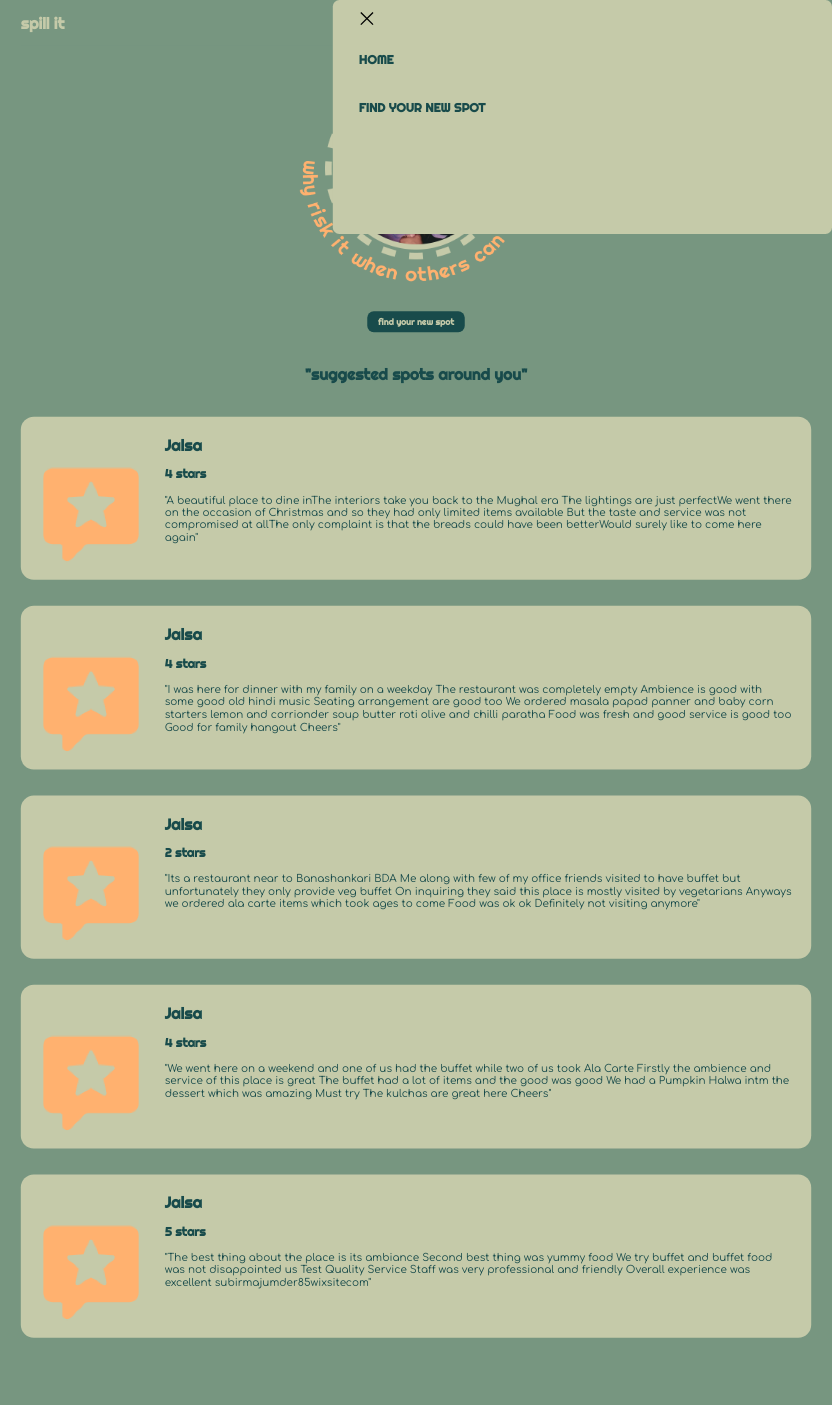
Repository: shaelorch/spillit
Page: /
These files come from the project's save history. The page is drawn as it stood at one moment and after the next save; the edit follows.
The browser window is 1280 px wide. The pictures show the whole page, at 65% of full size.
The project was rebuilt for these pictures with package versions that can differ from the ones it lists, and the page was loaded fresh each time. The framework's server and built-in components were replaced by stand-ins that run in the browser. Also part of the build but not shown: next.config.js.

Above is the page before, as saved 2023-02-20 15:24:29.

### pages/index.js
import Head from 'next/head'
import Image from 'next/image'
import HeroCont from '../components/HeroCont'
import styles from '../styles/Home.module.css'
import Button from '../components/Button'
import SubButton from '../components/SubButton'
import RevCard from '../components/reviewCard'
import Header from '../components/Header'
import TopBar from '../components/topBAr'
import PopMenu from '../components/popMenu'
import reviews from '../data/reviews.json'



export default function Home() {
  return (
    <div className={styles.container}>
      <Head>
        <title>Create Next App</title>
        <meta name="description" content="Generated by create next app" />
        <link rel="icon" href="/spill it.svg" />
        <link href="https://cdn.jsdelivr.net/npm/bootstrap@5.3.0-alpha1/dist/css/bootstrap.min.css" rel="stylesheet" integrity="sha384-GLhlTQ8iRABdZLl6O3oVMWSktQOp6b7In1Zl3/Jr59b6EGGoI1aFkw7cmDA6j6gD" crossorigin="anonymous"/>


      </Head>

     <TopBar/>
     <PopMenu/>


      <main className={styles.main}>
        <HeroCont/>
        <Button />
        <Header />

        <div >
        {
          reviews.slice(0,5).map( (rev, index) => {
           return (
              <RevCard
              key={index}
              name={rev.name}
              rating={`${rev.rating} stars`}
              review={`"${rev.review}"`}></RevCard>
            )
           })

        }
       </div>
        <SubButton bttntxt='see more...'/>
      </main>


    </div>
  )
}

### styles/globals.css

@import url('https://fonts.googleapis.com/css2?family=Righteous&display=swap');
@import url('https://fonts.googleapis.com/css2?family=Comfortaa&family=Righteous&display=swap');



html,
body {
  padding: 0;
  margin: 0;
  font-family: -apple-system, BlinkMacSystemFont, Segoe UI, Roboto, Oxygen,
    Ubuntu, Cantarell, Fira Sans, Droid Sans, Helvetica Neue, sans-serif;
}

a {
  color: inherit;
  text-decoration: none;
}

* {
  box-sizing: border-box;
}

@media (prefers-color-scheme: dark) {
  html {
    color-scheme: dark;
  }
  body {
    color: white;
    background: black;
  }
}

### components/HeroCont.js
import react from "react";
import { motion } from 'framer-motion';

export default function HeroCont() {



    return (<div style={{justifyContent:'center', display:'flex', paddingBottom:80}}>

        <img src="dotted.png" style={{display:'flex', position:'relative', width:280, height:280, marginTop:-15}}/>
        <img src="heropic.png" style={{display:'flex', width:250, height:250, position:'absolute' }}/>
        <img src="wordcircle.png" style={{width:440, height:410,position:'absolute', animation:'rotation 2s infinite linear' }}/>

    </div>
    )
}

### styles/Home.module.css
.container {
  padding: 0 2rem;
  background-color: #779680;
  width:100%;

}

.rotate {

  width:358;
  height:195;
  margin-top:-160;
  margin-Left:-40;
  animation:rotation 2s infinite linear;
}

.pag {
  list-style-type: none;
  border-left:1px solid #C5CAA9;
  color:#FFB16F;
  padding:5px;

}

.pag:active {
  list-style-type: none;
  border-left:1px solid #C5CAA9;
  color:black;
  padding:5px;

}

.pagbar {
  display: flex;
  flex-direction: row;
  flex-wrap: wrap;

}

.main {
  min-height: 100vh;
  padding: 4rem 0;
  flex: 1;
  width:100%;
  background-color: #779680;
  display: flex;
  flex-direction: column;
  justify-content: center;
  align-items: center;
  font-family: 'Comfortaa', 'cursive';
}

.footer {
  display: flex;
  flex: 1;
  padding: 2rem 0;
  border-top: 1px solid #eaeaea;
  justify-content: center;
  align-items: center;
}

.footer a {
  display: flex;
  justify-content: center;
  align-items: center;
  flex-grow: 1;
}

.title a {
  color: #0070f3;
  text-decoration: none;
}

.title a:hover,
.title a:focus,
.title a:active {
  text-decoration: underline;
}

.title {
  margin: 0;
  line-height: 1.15;
  font-size: 4rem;
}

.title,
.description {
  text-align: center;
}

.description {
  margin: 4rem 0;
  line-height: 1.5;
  font-size: 1.5rem;
}

.code {
  background: #fafafa;
  border-radius: 5px;
  padding: 0.75rem;
  font-size: 1.1rem;
  font-family: Menlo, Monaco, Lucida Console, Liberation Mono, DejaVu Sans Mono,
    Bitstream Vera Sans Mono, Courier New, monospace;
}

.grid {
  display: flex;
  align-items: center;
  justify-content: center;
  flex-wrap: wrap;
  max-width: 800px;
}

.card {
  margin: 1rem;
  padding: 1.5rem;
  text-align: left;
  color: inherit;
  text-decoration: none;
  border: 1px solid #eaeaea;
  border-radius: 10px;
  transition: color 0.15s ease, border-color 0.15s ease;
  max-width: 300px;
}

.card:hover,
.card:focus,
.card:active {
  color: #0070f3;
  border-color: #0070f3;
}

.card h2 {
  margin: 0 0 1rem 0;
  font-size: 1.5rem;
}

.card p {
  margin: 0;
  font-size: 1.25rem;
  line-height: 1.5;
}

.logo {
  height: 1em;
  margin-left: 0.5rem;
}

@media (max-width: 600px) {
  .grid {
    width: 100%;
    flex-direction: column;
  }
}

@media (max-width: 414px) {
  .main {
    width:100%;


  }
}

@media (prefers-color-scheme: dark) {
  .card,
  .footer {
    border-color: #222;
  }
  .code {
    background: #111;
  }
  .logo img {
    filter: invert(1);
  }
}

### components/Button.js

export default function Button({
    bttntxt="find your new spot",
    color="#C5CAA9"
}) {

    return(
        <button style={{display:'flex',
         backgroundColor:'#184B4B',
          borderRadius:10, width:150,
           justifyContent:'center'
           , padding:8, alignContent:'center',
            color:'#C5CAA9', fontWeight:'bold',
            border:'transparent', fontFamily: 'Righteous, cursive'}}>{bttntxt}</button>
    )
}

### components/SubButton.js
import React from "react"
import Link from "next/link";

export default function SubButton({
    bttntxt="find your spot",

    postsPerPage, totalPosts, paginate

}) {

    const pageNumbers = [];

    for(let i = 1; i<= Math.ceil(totalPosts / postsPerPage); i++) {
        pageNumbers.push(i);
    }


    return(<div>

        {pageNumbers.map(number => (


           <button key={number} onClick={() => paginate(number)}
             style={{display:'flex',
         backgroundColor:'#FFB16F',
          borderRadius:10, width:110,
           justifyContent:'center'
           , padding:8, alignContent:'center',
            color:'white', fontWeight:'bold',
            border:'transparent',
            fontFamily: 'Righteous, cursive'}}>{bttntxt}</button>

        ))}

       </div>


    )
}

### components/reviewCard.js



export default function RevCard({
    name="restaurnt",
    rating="4.0",
    review="lalalala"
}) {

    return (<div style={{justifyContent:'center',display:'flex', backgroundColor:'#C5CAA9',  borderRadius:20, marginBottom:40, paddingRight:20, paddingBottom:8}}>

        <div style={{display:'flex', flexDirection:'row', height:'100%', padding:10}}>
            <img  style={{display:'flex', width:'15%', height:"15%", marginTop:"4%", marginLeft:10}} src="Popular.png"/>
            <div style={{lineHeight:1.2,paddingLeft:25, color:'#184B4B'}}>
                <h2 style={{fontFamily:'righteous, cursive'}}>{name}</h2>
                <h3 style={{fontFamily:'righteous, cursive'}}>{rating}</h3>
                <p>{review}</p>
            </div>
        </div>



    </div>

    )
}

### components/Header.js





export default function Header() {

    return (
        <h2 style={{fontFamily:'righteous, cursive', margin:50, marginLeft:'20%', marginRight:'20%', textAlign:'center', color: '#184B4B'}}>"suggested spots around you"</h2>
    )
}

### components/topBAr.js
import Link from "next/link"
import { useState } from "react"
import { GrClose } from 'react-icons/gr'
import PopMenu from "./popMenu";

export default function TopBar() {

    const [open, setOpen] = useState(false);

   const onClick = () => {
    setOpen (current => !current)
   };

    return (
        <><div style={{ display: 'flex', flexDirection: 'row', justifyContent: 'space-between', alignItems: 'center', backgroundColor: '#779680' }}>
            <Link href='/'>
                <h2 style={{ color: '#C5CAA9', fontFamily: 'righteous, cursive' }}>spill it</h2>
            </Link>
            <img
                onClick={onClick} style={{ height: 50, width: 50 }} src="menu.png" />
            {open ? <PopMenu/> : null}

        </div></>

            )
        }

### components/popMenu.js
import { GrClose } from 'react-icons/gr';
import Link from 'next/link';
import { useState } from 'react';

export default function PopMenu() {

    const [close, setClose] = useState(true);

    const handleButtonClick = () => {
        setClose(current => !current);
    }


    return (
        <div style={{display: close ? 'flex' : 'none', position:'absolute',
    backgroundColor: '#C5CAA9',borderRadius:10, width: '60%', height:'50%', right:0, top:0, zIndex:1}}>
        <ul>
            <GrClose size="25" color="#184B4B"
            onClick={handleButtonClick}/>
            <div

            style={{lineHeight:3, color:"#184B4B",
             fontFamily:'righteous, cursive'}}>

                 <Link href={'/'}><h3>HOME</h3>
                 </Link>
                <Link href={"/findASpot"}><h3>FIND YOUR NEW SPOT</h3>
                </Link>
            </div>

        </ul>


    </div>







    )
}

Loaded but not shown: pages/_app.js (common file); data/reviews.json (10022 lines, source omitted)

After the next save:
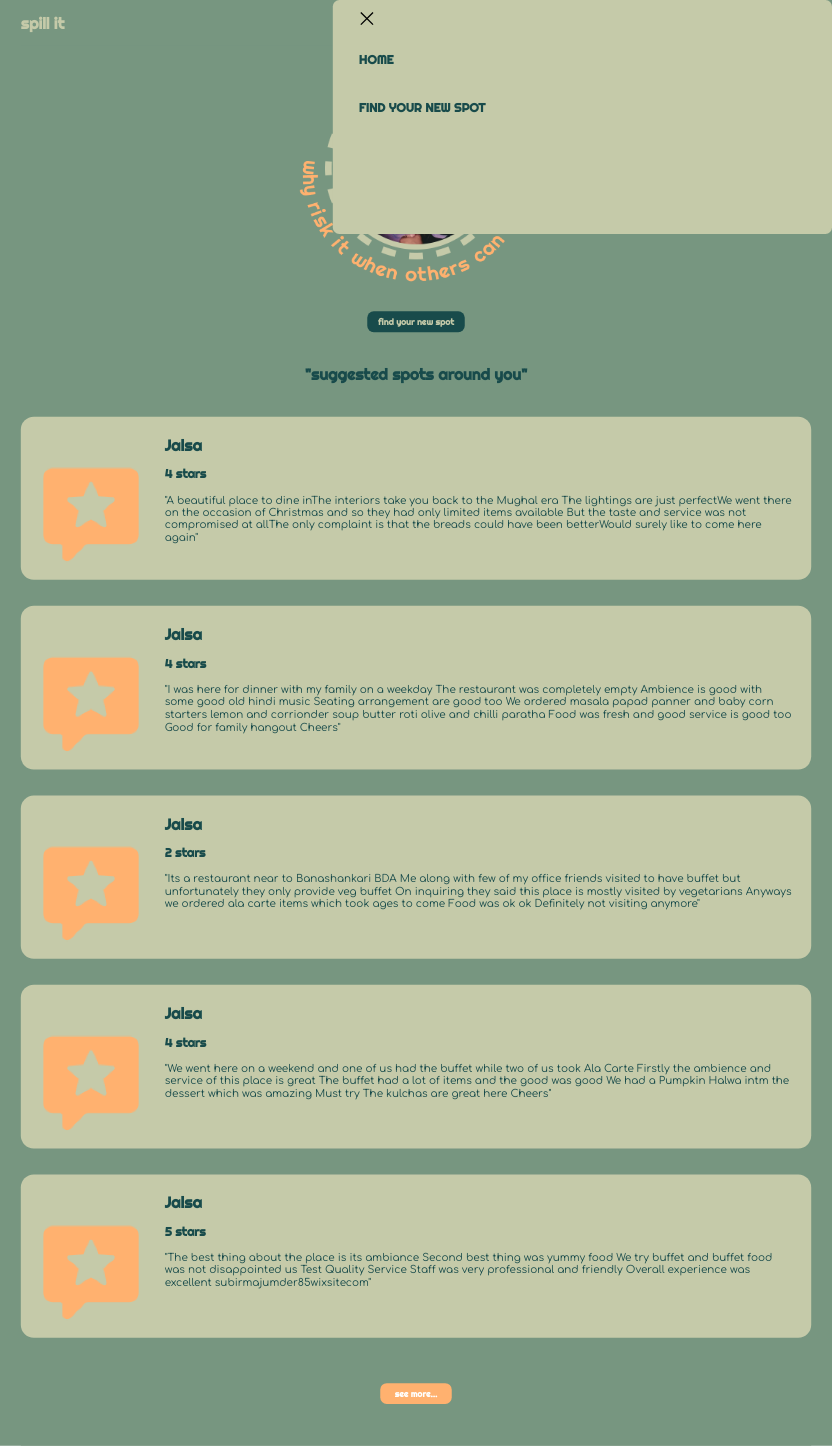
Saved 98 s later.
--- a/components/SubButton.js
+++ b/components/SubButton.js
@@ -1,10 +1,9 @@
 import React from "react"
-import Link from "next/link";
 
 export default function SubButton({
     bttntxt="find your spot",
-
-    postsPerPage, totalPosts, paginate
+    func='function',
+    postsPerPage, totalPosts, paginate,
 
 }) {
 
@@ -15,12 +14,9 @@ export default function SubButton({
     }
 
 
-    return(<div>
-
-        {pageNumbers.map(number => (
-
-
-           <button key={number} onClick={() => paginate(number)}
+    return(
+        <div style={{paddingTop:30}}>
+             <button onClick={func}
              style={{display:'flex',
          backgroundColor:'#FFB16F',
           borderRadius:10, width:110,
@@ -29,11 +25,7 @@ export default function SubButton({
             color:'white', fontWeight:'bold',
             border:'transparent',
             fontFamily: 'Righteous, cursive'}}>{bttntxt}</button>
-
-        ))}
-
-       </div>
-
+        </div>
 
     )
 }
